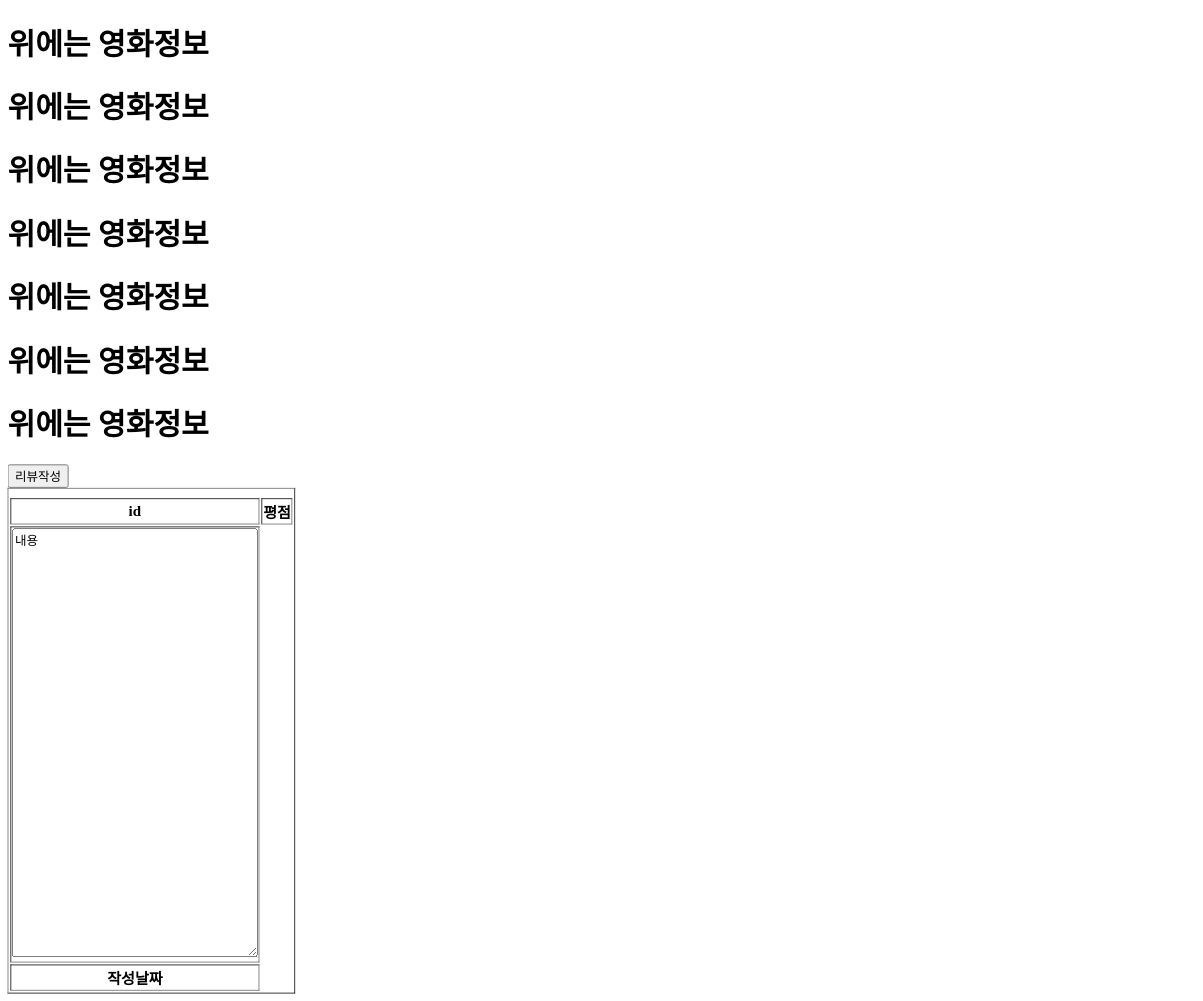
Repository: homerking-092/project
Page: http://localhost/MovieProject/review/review_list.jsp
The author's editor kept a copy of each file at every save. The page is drawn from the files as they stood at one save, then again after the next save.
The browser window is 1280 px wide. The pictures show the whole page, at 94% of full size.
The page is served by Tomcat 9.

Above is the page before, as saved 2021-08-15 08:56:04.

After the next save:
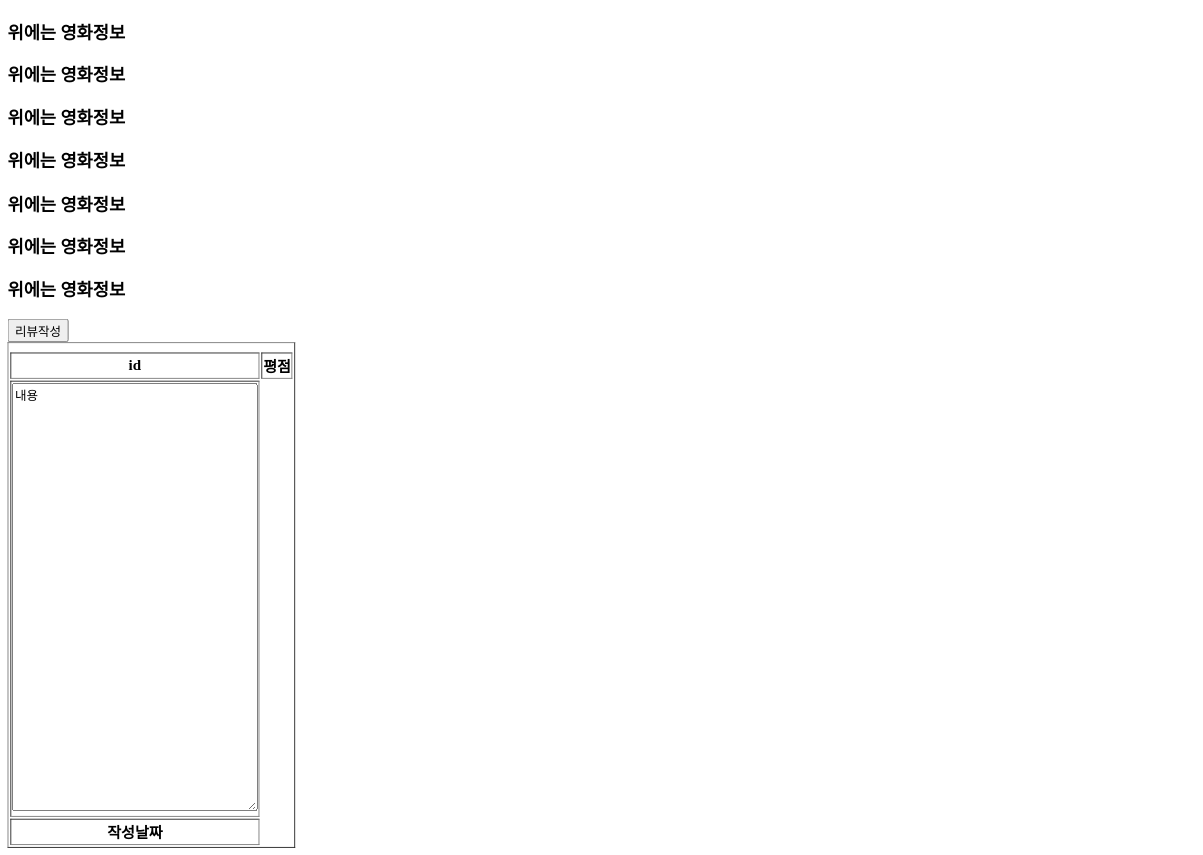
Saved 52 s later.
--- a/MovieProject/WebContent/review/review_list.jsp
+++ b/MovieProject/WebContent/review/review_list.jsp
@@ -9,13 +9,13 @@
 <body>
 
 
-	<h1>위에는 영화정보</h1>
-	<h1>위에는 영화정보</h1>
-	<h1>위에는 영화정보</h1>
-	<h1>위에는 영화정보</h1>
-	<h1>위에는 영화정보</h1>
-	<h1>위에는 영화정보</h1>
-	<h1>위에는 영화정보</h1>
+	<h3>위에는 영화정보</h3>
+	<h3>위에는 영화정보</h3>
+	<h3>위에는 영화정보</h3>
+	<h3>위에는 영화정보</h3>
+	<h3>위에는 영화정보</h3>
+	<h3>위에는 영화정보</h3>
+	<h3>위에는 영화정보</h3>
 
 
 	<a href="/MovieProject/review/review_write_form.jsp"><input type="button" value="리뷰작성"> </a>
